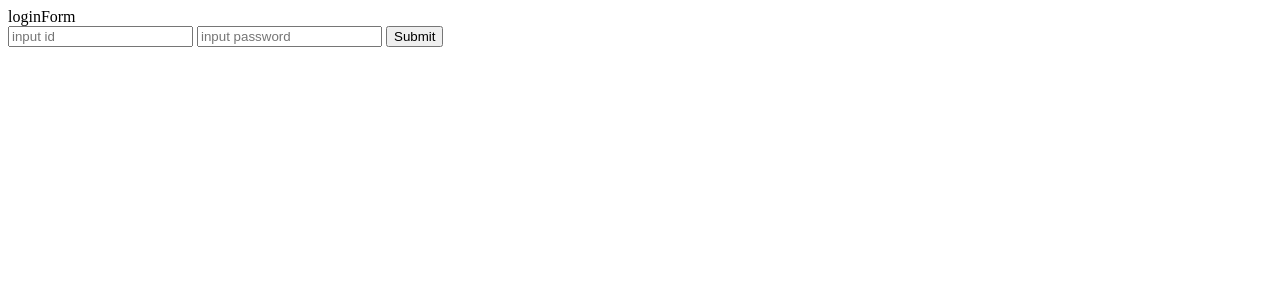
Repository: ryu1917/jsp
Page: http://localhost/jsp03/loginForm.jsp
The author's editor kept a copy of each file at every save. The page is drawn from the files as they stood at one save, then again after the next save.
The browser window is 1280 px wide. The pictures show the whole page.
The page is served by Tomcat 9.

Above is the page before, as saved 2021-04-22 06:54:07.

After the next save:
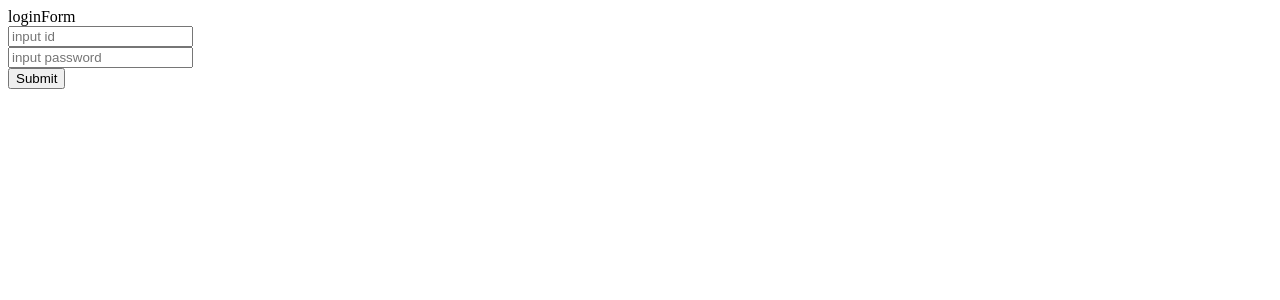
Saved 4 s later.
--- a/workspace/jsp03/src/main/webapp/loginForm.jsp
+++ b/workspace/jsp03/src/main/webapp/loginForm.jsp
@@ -7,10 +7,10 @@
 <title>Insert title here</title>
 </head>
 <body>loginForm<br>
-<form action="chkLogin.jsp"method="post">
-	<input type="text"name="id" placeholder="input id">
-	<input type="text"name="pwd" placeholder="input password">
-	<input type="submit"name="login">
-</form>
+	<form action="chkLogin.jsp"method="post">
+		<input type="text"name="id" placeholder="input id"><br>
+		<input type="text"name="pwd" placeholder="input password"><br>
+		<input type="submit"name="login"><br>
+	</form>
 </body>
 </html>
